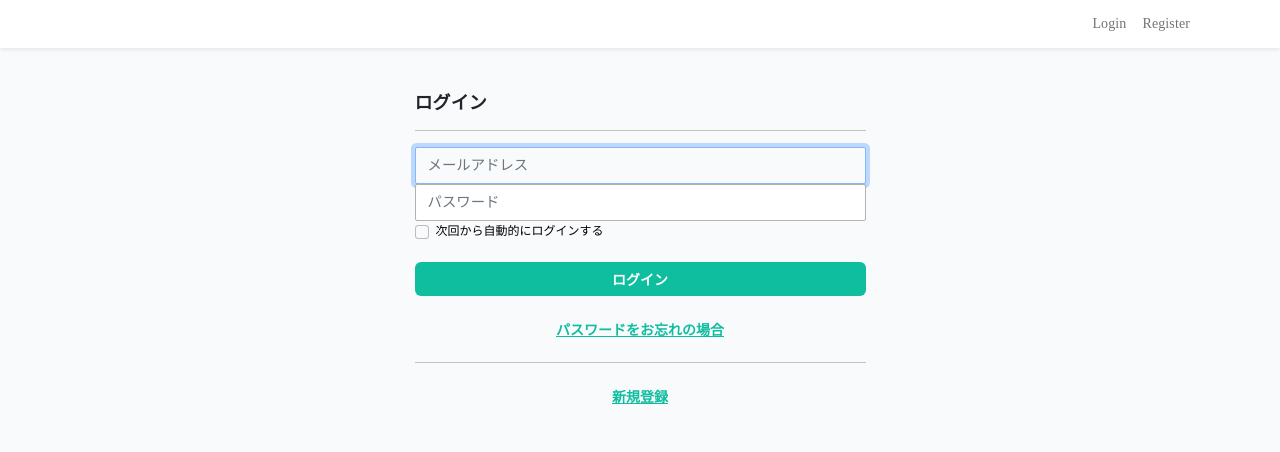
Repository: Satoshi514/laravel_samuraimart
Page: http://localhost/login
An editor plug-in stored every save of this project. The page is shown before and after the next save, followed by the edit.
The browser window is 1280 px wide. The pictures show the whole page.
Some web libraries are served in a nearby version. The page is served by the project's Laravel application, run on PHP 8.4 with Laravel 9. Style sheets and scripts are compiled from the project's sources, by tool versions that may differ from the author's.

Above is the page before, as saved 2023-05-28 15:01:22.

After the next save:
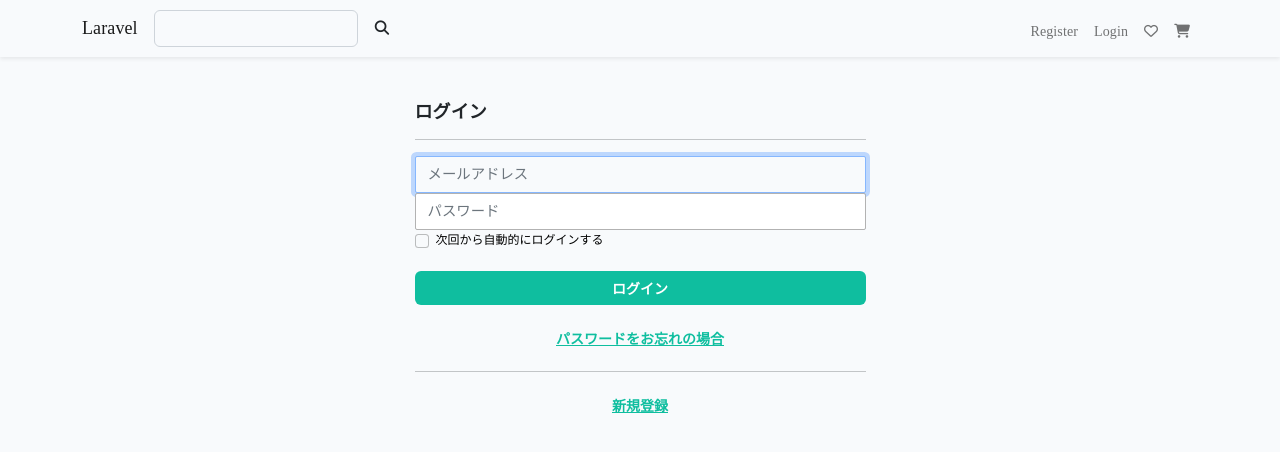
Saved 2 min 58 s later.
--- a/resources/views/layouts/app.blade.php
+++ b/resources/views/layouts/app.blade.php
@@ -21,56 +21,8 @@
 </head>
 <body>
     <div id="app">
-        <nav class="navbar navbar-expand-md navbar-light bg-white shadow-sm">
-            <div class="container">
-                <a class="navbar-brand" href="{{ url('/') }}"></a>
-                <button class="navbar-toggler" type="button" data-bs-toggle="collapse" data-bs-target="#navbarSupportedContent" aria-controls="navbarSupportedContent" aria-expanded="false" aria-label="{{ __('Toggle navigation') }}">
-                    <span class="navbar-toggler-icon"></span>
-                </button>
-                <div class="collapse navbar-collapse" id="navbarSupportedContent">
-                    <!-- Left Side Of Navbar -->
-                    <ul class="navbar-nav me-auto">
-
-                    </ul>
-
-                    <!-- Right Side Of Navbar -->
-                    <ul class="navbar-nav ms-auto">
-                        <!-- Authentication Links -->
-                        @guest
-                            @if (Route::has('login'))
-                                <li class="nav-item">
-                                    <a class="nav-link" href="{{ route('login') }}">{{ __('Login') }}</a>
-                                </li>
-                            @endif
-
-                            @if (Route::has('register'))
-                                <li class="nav-item">
-                                    <a class="nav-link" href="{{ route('register') }}">{{ __('Register') }}</a>
-                                </li>
-                            @endif
-                        @else
-                            <li class="nav-item dropdown">
-                                <a id="navbarDropdown" class="nav-link dropdown-toggle" href="#" role="button" data-bs-toggle="dropdown" aria-haspopup="true" aria-expanded="false" v-pre>
-                                    {{ Auth::user()->name }}
-                                </a>
-
-                                <div class="dropdown-menu dropdown-menu-end" aria-labelledby="navbarDropdown">
-                                    <a class="dropdown-item" href="{{ route('logout') }}"
-                                       onclick="event.preventDefault();
-                                                     document.getElementById('logout-form').submit();">
-                                        {{ __('Logout') }}
-                                    </a>
-
-                                    <form id="logout-form" action="{{ route('logout') }}" method="POST" class="d-none">
-                                        @csrf
-                                    </form>
-                                </div>
-                            </li>
-                        @endguest
-                    </ul>
-                </div>
-            </div>
-        </nav>
+        @component('components.header')
+        @endcomponent
 
         <main class="py-4 mb-5">
             @yield('content')
